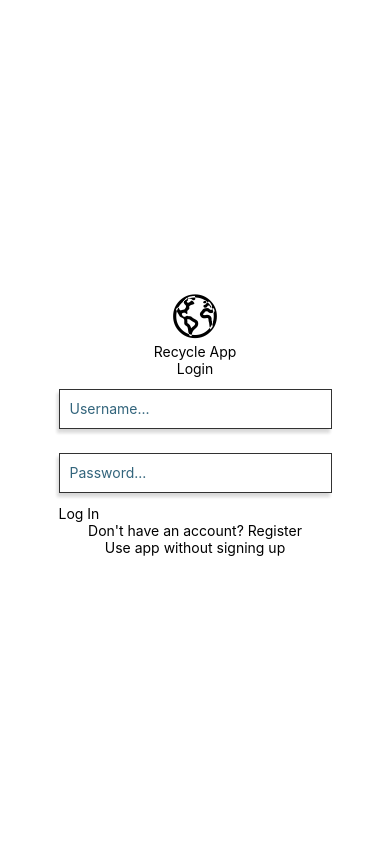
Repository: ct-pham/COMP4511
Screen: / (app in comp4511/)
The author's editor kept a copy of each file at every save. The screen is drawn from the files as they stood at one save, then again after the next save.
The app was drawn by React Native's web renderer in a window 390 px wide. The project was rebuilt for these pictures with package versions that can differ from the ones it lists, and the page was loaded fresh each time.

Above is the screen before, as saved 2022-11-07 15:41:57.

### comp4511/App.js

// import { NavigationContainer } from 'react-navigation/native';
// import { createNativeStackNavigator } from 'react-navigation/native-stack';
import Login from './Components/Login';
//import Register from './Components/Register';

export default function App() {
  return (
    // <NavigationContainer>
    //   <Stack.Navigator initialRouteName="Home">
    //     <Stack.Screen name="Login" component={Login} />
    //     <Stack.Screen name="Register" component={Register} />
    //   </Stack.Navigator>
    // </NavigationContainer>
    <Login />
  );
}

### comp4511/Components/Login.js
import {
    StyleSheet,
    Text,
    View,
    TextInput,
    TouchableOpacity,
} from 'react-native';

import Icon from 'react-native-vector-icons/Ionicons';

export default function Login( {navigation}) {
    return (
        <View style={styles.container}>
            <View>
                <Icon
                    name = "earth-outline"
                    size = {50}
                />
            </View>

            <Text>Recycle App</Text>
            <Text>Login</Text>
            <View style={styles.inputView}>
                <TextInput
                    style={styles.TextInput}
                    placeholder="Username..."
                    placeholderTextColor="#003f5c"
                />
            </View>

            <View style={styles.inputView}>
                <TextInput
                    style={styles.TextInput}
                    placeholder="Password..."
                    placeholderTextColor="#003f5c"
                    secureTextEntry={true}
                />
            </View>

            <TouchableOpacity style = {styles.button}>
                <Text style={styles.loginBtn}>Log In</Text>
            </TouchableOpacity>

            <TouchableOpacity
                onPress = {console.log('Register')}
            >
                <Text style={styles.loginBtn}>Don't have an account? Register</Text>
            </TouchableOpacity>

            <TouchableOpacity>
                <Text style={styles.loginBtn}>Use app without signing up</Text>
            </TouchableOpacity>

        </View>
    );
}

const styles = StyleSheet.create({
    container: {
        flex: 1,
        backgroundColor: '#ffffff',
        alignItems: 'center',
        justifyContent: 'center',
    },
    inputView: {
        backgroundColor: '#ffffff',
        borderWidth: 1,
        borderColor: '#000000',
        height: 40,
        width: '70%',
        margin: 12,
        borderWidth: 1,
        padding: 10,
        shadowColor: '#171717',
        shadowOffset: {width: -2, height: 4},
        shadowOpacity: 0.2,
        shadowRadius: 3,
        opacity: 0.8,
    },
    button: {
        width: '70%',
        borderRadius: 25,
    }
});

After the next save:
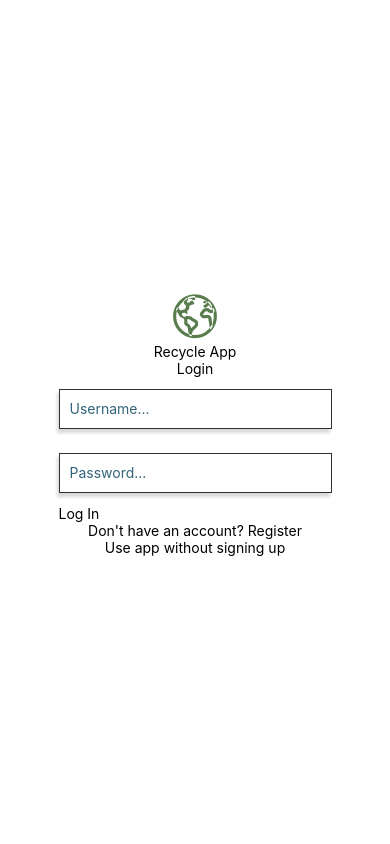
Saved 28 s later.
--- a/comp4511/Components/Login.js
+++ b/comp4511/Components/Login.js
@@ -15,6 +15,7 @@ export default function Login( {navigation}) {
                 <Icon
                     name = "earth-outline"
                     size = {50}
+                    color = "#587C4B"
                 />
             </View>
 
